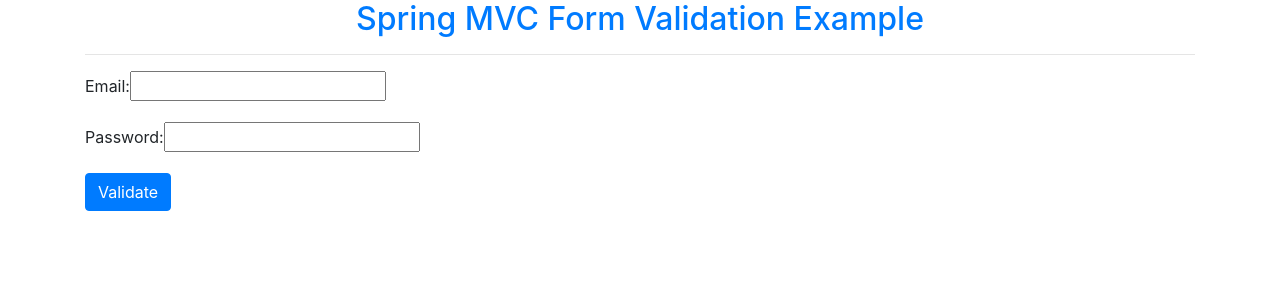
Repository: PradeepBala402/Pradeep
Page: http://localhost/Spring-Validation/init
The author's editor kept a copy of each file at every save. The page is drawn from the files as they stood at one save, then again after the next save.
The browser window is 1280 px wide. The pictures show the whole page.
The page is served by Tomcat 9.

Above is the page before, as saved 2019-10-10 11:34:25.

After the next save:
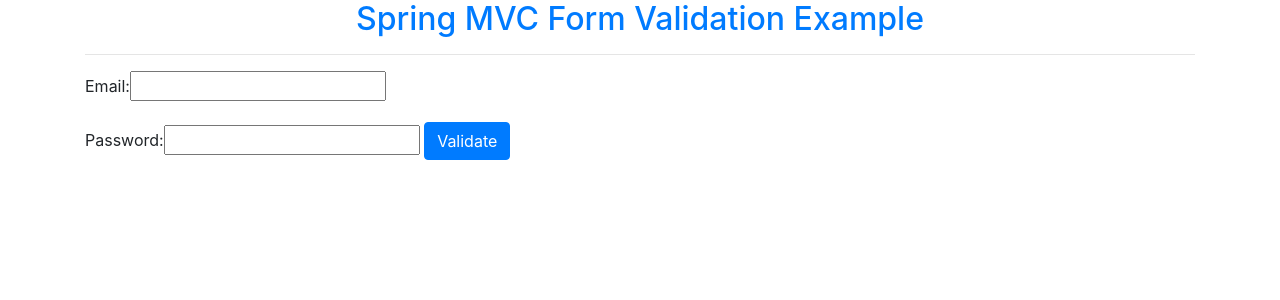
Saved 53 s later.
--- a/Spring-Validation/src/main/webapp/WEB-INF/pages/loginForm.jsp
+++ b/Spring-Validation/src/main/webapp/WEB-INF/pages/loginForm.jsp
@@ -26,10 +26,10 @@
                  <div class="form-group">
                     <label>Password:</label><form:password path="password" />
                     <small><form:errors path="password" cssClass="errormsg" /></small>
-                 </div>
-                 <div class="form-group">
+
+
                     <button type="submit" class="btn btn-primary">Validate</button>
-                 </div>
+
             </form:form>
         </div>
     </body>
